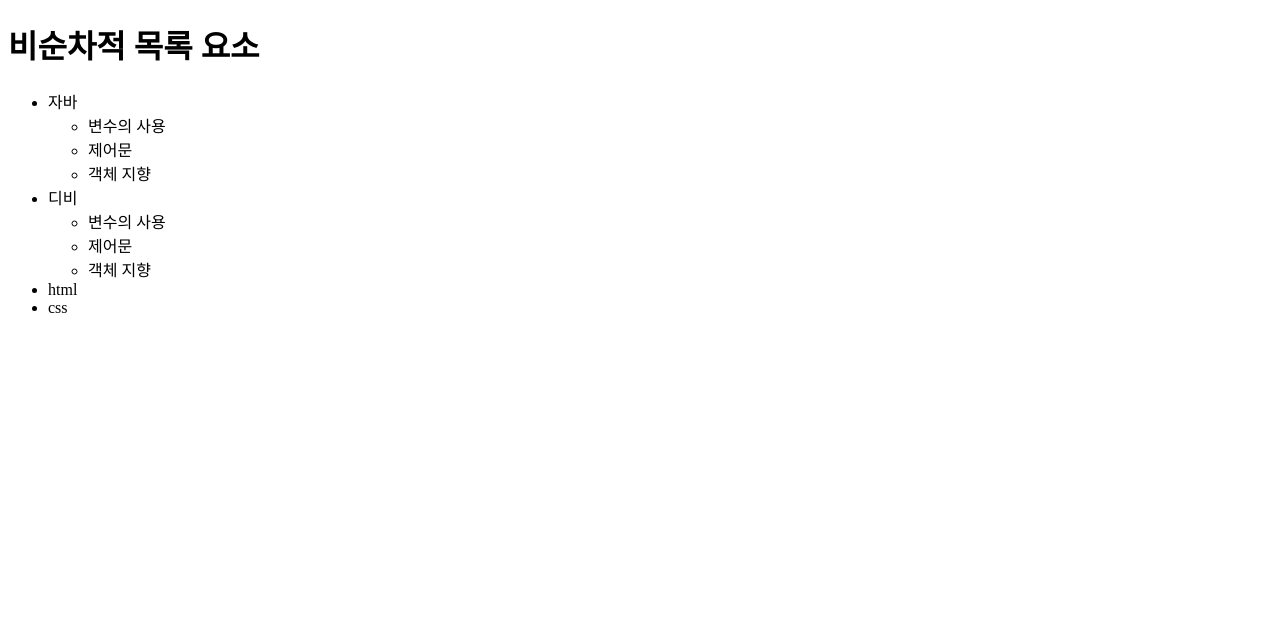
Repository: Junvelop/hkdevelope
Page: Downloads/back_end_edu20240624-master (1)/front_end_20240627/src/main/webapp/html04_목록요소.html
The author's editor kept a copy of each file at every save. The page is drawn from the files as they stood at one save, then again after the next save.
The browser window is 1280 px wide. The pictures show the whole page.

Above is the page before, as saved 2024-08-12 05:34:08.

After the next save:
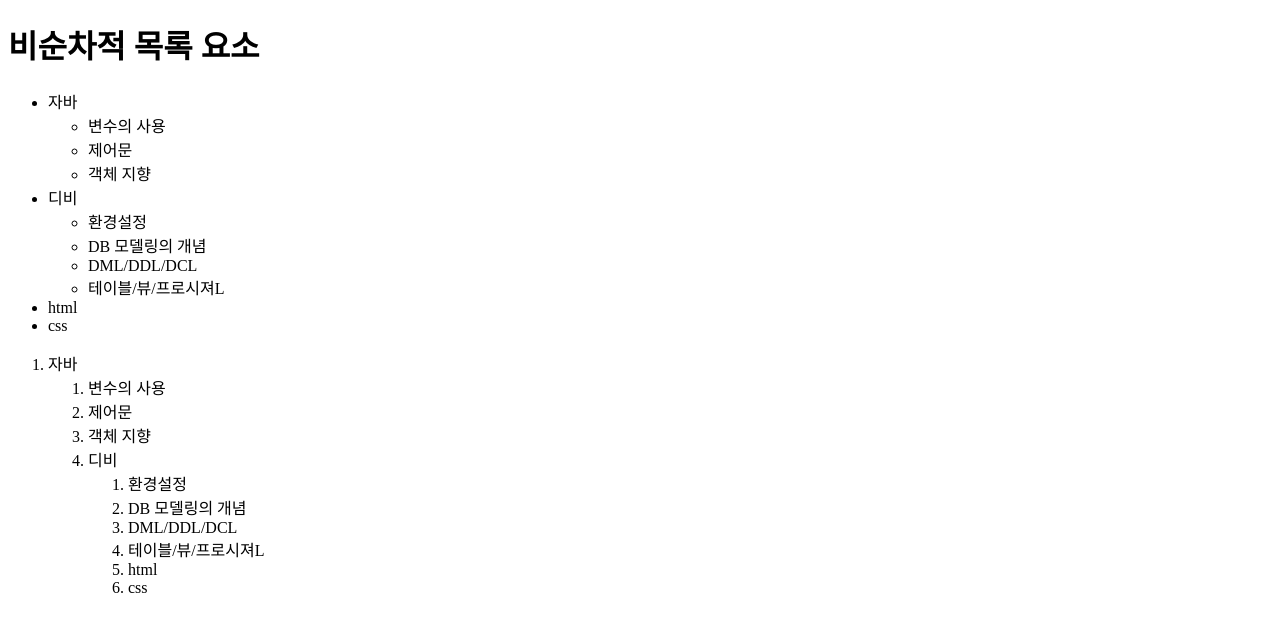
Saved 4 min 53 s later.
--- a/Downloads/back_end_edu20240624-master (1)/front_end_20240627/src/main/webapp/html04_목록요소.html
+++ b/Downloads/back_end_edu20240624-master (1)/front_end_20240627/src/main/webapp/html04_목록요소.html
@@ -20,9 +20,10 @@
 	<li>디비
 
 		<ul>
-				<li>변수의 사용</li>
-				<li>제어문</li>
-				<li>객체 지향</li>
+				<li>환경설정</li>
+				<li>DB 모델링의 개념</li>
+				<li>DML/DDL/DCL</li>
+				<li>테이블/뷰/프로시져L</li>
 		</ul>
 
 	</li>
@@ -33,6 +34,33 @@
 
 
 
+<ol>
+	<li>자바
+
+		<ol>
+			<li>변수의 사용</li>
+			<li>제어문</li>
+			<li>객체 지향</li>
+		</ul>
+
+	</li>
+
+	<li>디비
+
+		<ol>
+				<li>환경설정</li>
+				<li>DB 모델링의 개념</li>
+				<li>DML/DDL/DCL</li>
+				<li>테이블/뷰/프로시져L</li>
+		</ul>
+
+	</li>
+	<li>html</li>
+	<li>css</li>
+</ul>
+
+
+
 
 </body>
 </html>
